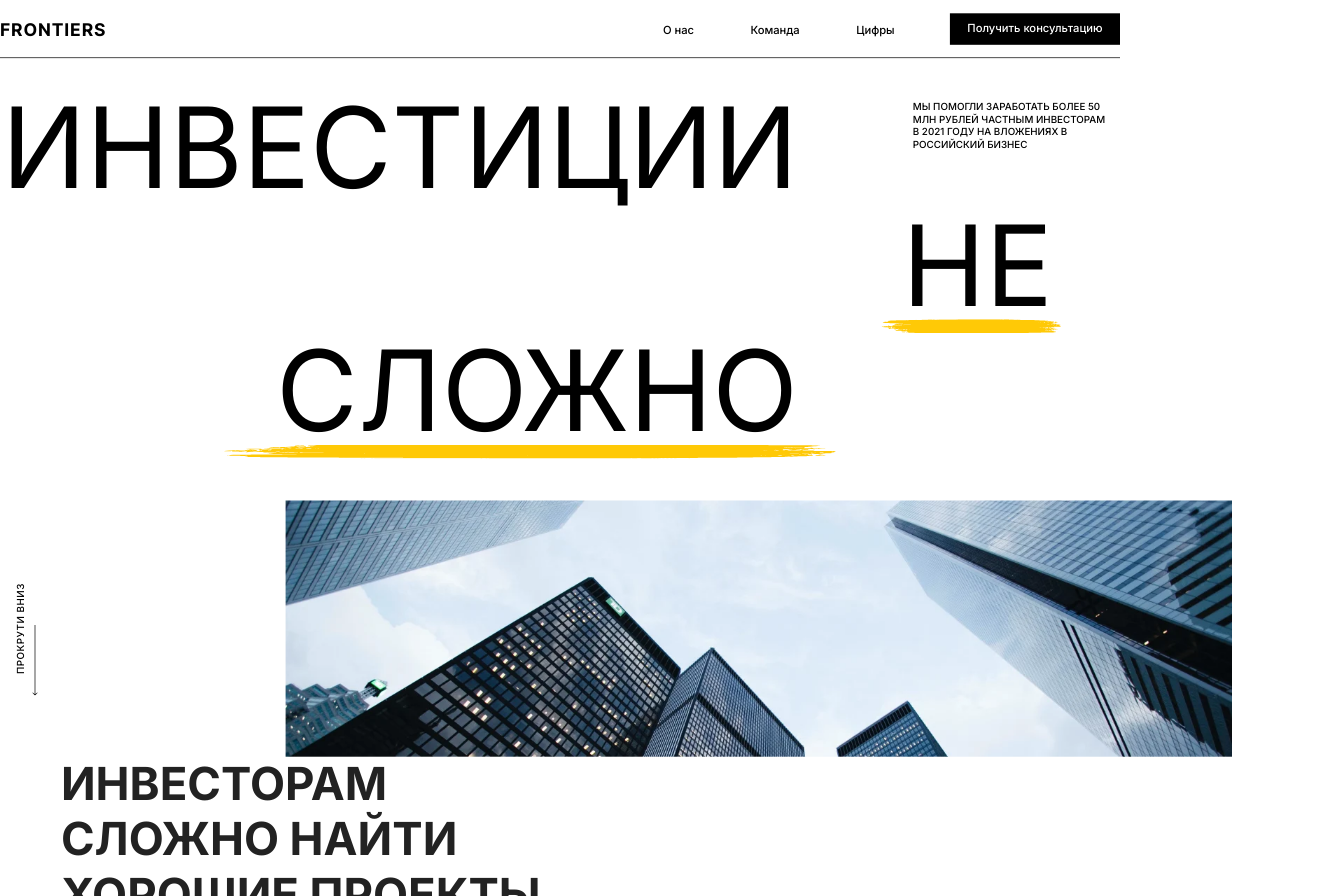
Repository: NadyaKorvin/frontiers
Page: /
An editor plug-in stored every save of this project. The page is shown before and after the next save, followed by the edit.
The browser window is 1280 px wide. The page is 1920 px wide, so the pictures cover 1920 px, including what lies to the right of the window. The pictures show the part of the page from y = 0 to 1280 px (the page is 2633 px tall), at 70% of full size.
The project was rebuilt for these pictures with package versions that can differ from the ones it lists, and the page was loaded fresh each time.

Above is the page before, as saved 2022-05-26 17:49:52.

### public/index.html
<!DOCTYPE html>
<html lang="en">
  <head>
    <meta charset="utf-8" />
    <link rel="icon" href="%PUBLIC_URL%/favicon.ico" />
    <meta name="viewport" content="width=device-width, initial-scale=1" />
    <meta name="theme-color" content="#000000" />
    <meta name="description" content="Web site created using create-react-app" />
    <link rel="apple-touch-icon" href="%PUBLIC_URL%/logo192.png" />
    <link rel="manifest" href="%PUBLIC_URL%/manifest.json" />
    <link rel="preconnect" href="https://fonts.googleapis.com" />
    <link rel="preconnect" href="https://fonts.gstatic.com" crossorigin />
    <link href="https://fonts.googleapis.com/css2?family=Inter:wght@300;400;500;700&display=swap" rel="stylesheet" />
    <title>FRONTIERS</title>
  </head>
  <body>
    <noscript>You need to enable JavaScript to run this app.</noscript>
    <div id="root"></div>
  </body>
</html>

### src/index.js
import React from "react"
import ReactDOM from "react-dom/client"

import App from "./App"

const root = ReactDOM.createRoot(document.getElementById("root"))
root.render(
  <React.StrictMode>
    <App />
  </React.StrictMode>
)

### src/App.js
import { useState } from "react";
import "./App.css";
import { SecondScreenAnimation } from "./components/secondScreen/SecondScreenAnimation";
import FirstScreen from "./components/firstScreen/FirstScreen";
import LastScreen from "./components/lastScreen/LastScreen";

function App() {
  const [mousePosition, setMousePosition] = useState("");

  const listenUpperMousePosition = (event) => {
    console.log(event);
    console.log(event.target);
    setMousePosition(event.target);
  };

  return (
    <>
      <FirstScreen />
      <div className="App">
        <SecondScreenAnimation listenMousePosition={listenUpperMousePosition} />
      </div>
      <LastScreen />
    </>
  );
}
export default App;

### src/App.css
@import url("./reset.css");
@import url("./components/secondScreen/SecondScreen.css");
@import url("./font/font.css");
@import url("./components/firstScreen/FirstScreen.css");
@import url("./components/lastScreen/LastScreen.css");
@import url("./components/button/Button.css");
@import url("./components/form/Form.css");

body {
  font-family: "Inter";
}

### src/components/secondScreen/SecondScreenAnimation.js
export function SecondScreenAnimation({ listenMousePosition, mousePosition }) {
  let goUp = ""
  const goUpBlackLines = (mousePosition) => {
    if (mousePosition === "animation__text_first_part") {
      goUp = "up"
      return goUp
    }
  }
  goUpBlackLines(mousePosition)
  console.log(goUp)
  return (
    <div className="animation__text_block">
      {goUp != "up" ? (
        <div>
          <div className="animation__text" onMouseOver={listenMousePosition}>
            <p className="animation__text_first_part">Инвесторам сложно найти хорошие проекты,</p>
            <p className="animation__text_second_part">а хорошим проектам — инвестиции.</p>
          </div>
          <div className="animation__black_lines">
            <div className="animation__1th_black_line"></div>
            <div className="animation__2th_black_line"></div>
            <div className="animation__3th_black_line"></div>
          </div>
        </div>
      ) : (
        <div>
          <div className="animation__text" onMouseOver={listenMousePosition}>
            <p className="animation__text_first_part" style={{ color: "#fff" }}>
              Инвесторам сложно найти хорошие проекты,
            </p>
            <p className="animation__text_second_part" style={{ color: "#000" }}>
              а хорошим проектам — инвестиции.
            </p>
          </div>
          <div className="animation__black_lines">
            <div className="animation__1th_black_line" style={{ width: "484px", marginTop: "-475px" }}></div>
            <div className="animation__2th_black_line" style={{ width: "586px" }}></div>
            <div className="animation__3th_black_line" style={{ width: "722px" }}></div>
          </div>
        </div>
      )}
    </div>
  )
}

### src/components/firstScreen/FirstScreen.js
import React from "react";
import image from "./image.webp";

export default function firstScreen() {
  const pointer = (
    <svg
      width="8"
      height="101"
      viewBox="0 0 8 101"
      fill="none"
      xmlns="http://www.w3.org/2000/svg"
    >
      <path
        d="M4.35355 100.356C4.15829 100.551 3.84171 100.551 3.64645 100.356L0.464466 97.1735C0.269204 96.9783 0.269204 96.6617 0.464466 96.4664C0.659728 96.2712 0.976311 96.2712 1.17157 96.4664L4 99.2948L6.82843 96.4664C7.02369 96.2712 7.34027 96.2712 7.53553 96.4664C7.7308 96.6617 7.7308 96.9783 7.53553 97.1735L4.35355 100.356ZM3.5 100.002L3.5 0.00195312H4.5L4.5 100.002H3.5Z"
        fill="black"
      />
    </svg>
  );

  return (
    <>
      <section className="firstscreen">
        <header className="firstscreen__header">
          <div className="firstscreen__logotype">FRONTIERS</div>
          <div className="firstscreen__menu">
            <div className="firstscreen__nav">
              <nav className="firstscreen__nav_team">
                <ul>О нас</ul>
                <ul>Команда</ul>
                <ul>Цифры</ul>
              </nav>
            </div>
            <div className="firstscreen__button">
              <p className="firstscreen__text_btn">Получить консультацию</p>
            </div>
          </div>
        </header>
        <div className="firstscreen__content">
          <div className="firstscreen__content_left_text">
            <p>ИНВЕСТИЦИИ</p>
            <div>
              <p>СЛОЖНО</p>
              <div className="firstscreen__content_vector_complex" />
            </div>
          </div>
          <div className="firstscreen__content_rihgt_text">
            <div className="firstscreen__content_rihgt_text_up">
              <p>
                Мы помогли заработать более 50 млн рублей частным инвесторам в
                2021 году на вложениях в российский бизнес
              </p>
            </div>
            <div className="firstscreen__content_rihgt_text_down">
              <p>НЕ</p>
              <div className="firstscreen__content_vector_not" />
            </div>
          </div>
        </div>
        <div className="firstscreen__content_bottom_content">
          <div className="firstscreen__content_bottom_content_left">
            <div className="firstscreen__content_bottom_content_left_scrolldown">
              <p>ПРОКРУТИ ВНИЗ</p>
            </div>
            <div className="firstscreen__content_pointer">{pointer}</div>
          </div>
          <div className="firstscreen__content_bottom_content_right">
            <div className="firstscreen__img" />
          </div>
        </div>
      </section>
    </>
  );
}

### src/components/lastScreen/LastScreen.js
import React from "react";
import Form from "../form/Form"
import LogoKojo from "./LogoKojo"

export default function LastScreen() {
  return (
    <>
      <section className="lastscreen">
        <div className="lastscreen__wrapper">
          <div className="lastscreen__left_content">
            <p>
              ОТПРАВЬТЕ НАМ ЗАЯВКУ НА КОНСУЛЬТАЦИЮ И МЫ ПОДБЕРЕМ ДЛЯ ВАС
              НАИБОЛЕЕ ПОДХОДЯЩУЮ СТРАТЕГИЮ
            </p>
          </div>
          <div className="lastscreen__right_content">
            <div className="lastscreen__text_form">
              <p>ЗАПОЛНИТЕ ФОРМУ И МЫ С ВАМИ СВЯЖЕМСЯ В БЛИЖАЙШЕЕ ВРЕМЯ</p>
            </div>
            <Form />
          </div>
        </div>
        <footer className="lastscreen__footer">
          <div className="lastscreen__contact">
            <p>КОНТАКТЫ</p>
            <p>Санкт-Петербург, Невский пр-кт, 71 (5 этаж)</p>
            <p>+7 000 987 6543</p>
            <p><a href="mailto:info@frontiers.ru" >info@frontiers.ru</a></p>
          </div>
          <div className="lastscreen__design">
            <p>Дизайн и разработка</p>
            <LogoKojo />
          </div>
          <div className="lastscreen__frontiers">
            <p>FRONTIERS</p>
            <p>Политика конфиденциальности</p>
            <p>© 2022 Frontiers Group</p>
          </div>
        </footer>
      </section>
    </>
  );
}

### src/reset.css
html,
body,
div,
span,
applet,
object,
iframe,
h1,
h2,
h3,
h4,
h5,
h6,
p,
blockquote,
pre,
a,
abbr,
acronym,
address,
big,
cite,
code,
del,
dfn,
em,
img,
ins,
kbd,
q,
s,
samp,
small,
strike,
strong,
sub,
sup,
tt,
var,
b,
u,
i,
center,
dl,
dt,
dd,
ol,
ul,
li,
fieldset,
form,
label,
legend,
table,
caption,
tbody,
tfoot,
thead,
tr,
th,
td,
article,
aside,
canvas,
details,
embed,
figure,
figcaption,
footer,
header,
hgroup,
menu,
nav,
output,
ruby,
section,
summary,
time,
mark,
audio,
video {
  margin: 0;
  padding: 0;
  border: 0;
  font-size: 100%;
  font: inherit;
  vertical-align: baseline;
}

:focus {
  outline: 0;
}

article,
aside,
details,
figcaption,
figure,
footer,
header,
hgroup,
menu,
nav,
section {
  display: block;
}

body {
  line-height: 1;
}

ol,
ul {
  list-style: none;
}

blockquote,
q {
  quotes: none;
}

blockquote:before,
blockquote:after,
q:before,
q:after {
  content: "";
  content: none;
}

table {
  border-collapse: collapse;
  border-spacing: 0;
}

input[type="search"]::-webkit-search-cancel-button,
input[type="search"]::-webkit-search-decoration,
input[type="search"]::-webkit-search-results-button,
input[type="search"]::-webkit-search-results-decoration {
  -webkit-appearance: none;
  -moz-appearance: none;
}

input[type="search"] {
  -webkit-appearance: none;
  -moz-appearance: none;
  -webkit-box-sizing: content-box;
  -moz-box-sizing: content-box;
  box-sizing: content-box;
}

textarea {
  overflow: auto;
  vertical-align: top;
  resize: vertical;
}

[hidden] {
  display: none;
}

html {
  font-size: 100%; /* 1 */
  -webkit-text-size-adjust: 100%; /* 2 */
  -ms-text-size-adjust: 100%; /* 2 */
}

a:focus {
  outline: thin dotted;
}

a:active,
a:hover {
  outline: 0;
}

img {
  border: 0;
  -ms-interpolation-mode: bicubic;
}

figure {
  margin: 0;
}

form {
  margin: 0;
}

fieldset {
  border: 1px solid #c0c0c0;
  margin: 0 2px;
  padding: 0.35em 0.625em 0.75em;
}

legend {
  border: 0; /* 1 */
  padding: 0;
  white-space: normal; /* 2 */
  *margin-left: -7px; /* 3 */
}

button,
input,
select,
textarea {
  font-size: 100%; /* 1 */
  margin: 0; /* 2 */
  vertical-align: baseline; /* 3 */
  *vertical-align: middle; /* 3 */
}

button,
input {
  line-height: normal;
}

button,
select {
  text-transform: none;
}

button,
html input[type="button"], /* 1 */
input[type="reset"],
input[type="submit"] {
  -webkit-appearance: button; /* 2 */
  cursor: pointer; /* 3 */
  *overflow: visible; /* 4 */
}

button[disabled],
html input[disabled] {
  cursor: default;
}

input[type="checkbox"],
input[type="radio"] {
  box-sizing: border-box; /* 1 */
  padding: 0; /* 2 */
  *height: 13px; /* 3 */
  *width: 13px; /* 3 */
}

input[type="search"] {
  -webkit-appearance: textfield; /* 1 */
  -moz-box-sizing: content-box;
  -webkit-box-sizing: content-box; /* 2 */
  box-sizing: content-box;
}

input[type="search"]::-webkit-search-cancel-button,
input[type="search"]::-webkit-search-decoration {
  -webkit-appearance: none;
}

button::-moz-focus-inner,
input::-moz-focus-inner {
  border: 0;
  padding: 0;
}

textarea {
  overflow: auto; /* 1 */
  vertical-align: top; /* 2 */
}

table {
  border-collapse: collapse;
  border-spacing: 0;
}

html,
button,
input,
select,
textarea {
  color: #222;
}

::-moz-selection {
  background: #b3d4fc;
  text-shadow: none;
}

::selection {
  background: #b3d4fc;
  text-shadow: none;
}

img {
  vertical-align: middle;
}

fieldset {
  border: 0;
  margin: 0;
  padding: 0;
}

textarea {
  resize: vertical;
}

.chromeframe {
  margin: 0.2em 0;
  background: #ccc;
  color: #000;
  padding: 0.2em 0;
}

### src/components/secondScreen/SecondScreen.css
.second__screen {
  display: flex;
  justify-content: space-between;
  margin: 0 auto;
  margin-top: 174px;
  /* придкмать решение сделать по центру*/
  display: flex;
  width: 1600px;
  height: 733px;
}

.animation__text_block {
  display: block;
  margin-left: 87px;
}

.animation__text_first_part,
.animation__text_second_part {
  width: 770px;
  text-transform: uppercase;
  font-size: 65px;
  font-weight: 700;
  line-height: 79px;
  transition: 0.6s ease-out;
}

.animation__text_second_part {
  color: #fff;
}

.animation__black_lines {
  margin-left: -10px;
  margin-top: -236px;
}

.animation__1th_black_line {
  margin-bottom: 5px;
  height: 75px;
  width: 444px;
  background-color: #000;
  transition: 0.6s ease-out;
}

.animation__2th_black_line {
  margin-bottom: 5px;
  height: 75px;
  width: 475px;
  background-color: #000;
  transition: 0.6s ease-out;
}
.animation__3th_black_line {
  height: 75px;
  width: 502px;
  background-color: #000;
  transition: 0.6s ease-out;
}

.right__part {
  display: flex;
  margin-left: 190px;
  flex-direction: column;
}

.conversation__image {
  margin-right: 222px;
  display: block;
  width: 400px;
  height: 400px;
  background: url("../secondScreen/people.png");
}

.decoration_marks {
  margin-top: -110px;
  transform: rotate(-180deg);
  font-size: 200px;
  font-weight: 300;
}

.text_paragraph {
  margin-left: 90px;
  width: 431px;
  font-size: 18px;
  font-weight: 400;
  line-height: 23px;
  text-transform: uppercase;
  line-height: 130%;
}

### src/font/font.css
@font-face {
  font-family: "Inter";
  src:
    url("./Inter-Bold.ttf") format("truetype")
    url("./Inter-Bold.woff2") format("woff2"),
    url("./Inter-Bold.woff") format("woff");
  font-weight: 700;
  font-style: normal;
  font-stretch: normal;
  unicode-range: U+0020-E0D0;
}

@font-face {
  font-family: "Inter";
  src:
    url("./Inter-Regular.woff2") format("woff2"),
    url("./Inter-Regular.ttf") format("truetype")
    url("./Inter-Regular.woff") format("woff");
  font-weight: 400;
  font-style: normal;
  font-stretch: normal;
  unicode-range: U+0020-E0D0;
}

@font-face {
    font-family:'Inter Medium';
    src:
        url("./Inter-Medium.ttf") format("truetype")
        url('Inter-Medium.woff2') format('woff2'),
		url('Inter-Medium.woff') format('woff');
    font-weight: 500;
    font-style: normal;
    font-stretch: normal;
    unicode-range: U+0020-E0D0;
}

@font-face {
    font-family:'Inter Light';
    src:
        url("./Inter-Light.ttf") format("truetype")
        url('Inter-Light.woff2') format('woff2'),
		url('Inter-Light.woff') format('woff');
    font-weight: 300;
    font-style: normal;
    font-stretch: normal;
    unicode-range: U+0020-E0D0;
}

### src/components/firstScreen/FirstScreen.css
.firstscreen {
  height: 1080px;
}

.firstscreen__header {
  width: 1600px;
  height: 82px;
  margin: 0 auto;
  border-bottom: 1px solid #000000;
  display: flex;
  justify-content: space-between;
}

.firstscreen__logotype {
  width: 151px;
  height: 30px;
  padding-top: 27px;
  font-family: "Inter";
  font-style: normal;
  font-weight: 700;
  font-size: 25px;
  line-height: 30px;
  letter-spacing: 0.05em;
  color: #000000;
}

.firstscreen__menu {
  width: 653px;
  display: flex;
  justify-content: space-between;
}

.firstscreen__nav {
  margin-top: 33px;
  width: 331px;
}

.firstscreen__nav_team {
  display: flex;
  justify-content: space-between;
  font-family: "Inter";
  font-style: normal;
  font-weight: 500;
  font-size: 16px;
  line-height: 19px;
  color: #000000;
}

.firstscreen__button {
  margin-top: 19px;
  width: 243px;
  height: 45px;
  background: #000000;
}

.firstscreen__text_btn {
  padding-top: 12px;
  padding-bottom: 12px;
  font-family: "Inter";
  font-style: normal;
  font-weight: 500;
  font-size: 16px;
  line-height: 19px;
  text-align: center;
  color: #ffffff;
}

.firstscreen__content {
  margin: 0 auto;
  width: 1600px;
  margin-top: 30px;
  display: flex;
}

.firstscreen__content_left_text {
  width: 1140px;
  height: 542px;
  display: flex;
  flex-direction: column;
  justify-content: space-between;
  text-align: end;
  font-family: "Inter";
  font-style: normal;
  font-weight: 400;
  font-size: 160px;
  line-height: 194px;
  text-transform: uppercase;
  color: #000000;
}

.firstscreen__content_vector_complex {
  margin-top: -20px;
  margin-left: 320px;
  width: 874px;
  height: 20px;
  background: url("./complex.svg");
}

.firstscreen__content_rihgt_text {
  margin-top: 30px;
  margin-left: 164px;
  width: 279px;
  height: 332px;
}

.firstscreen__content_rihgt_text_up {
  font-family: "Inter";
  font-style: normal;
  font-weight: 500;
  font-size: 14px;
  line-height: 130%;
  text-transform: uppercase;
  color: #000000;
}

.firstscreen__content_rihgt_text_down {
  margin-top: 66px;
  margin-left: -15px;
  width: 215px;
  height: 194px;
  font-family: "Inter";
  font-style: normal;
  font-weight: 400;
  font-size: 160px;
  line-height: 194px;
  text-transform: uppercase;
  color: #000000;
}

.firstscreen__content_vector_not {
  margin-top: -20px;
  margin-left: -30px;
  width: 256px;
  height: 20px;
  background: url(./not.svg);
}

.firstscreen__content_bottom_content {
  margin: 0 auto;
  margin-top: 60px;
  width: 1760px;
  display: flex;
  justify-content: space-between;
}

.firstscreen__content_bottom_content_left {
  display: flex;
}

.firstscreen__content_bottom_content_left_scrolldown {
  margin-left: 139px;
  font-family: "Inter";
  font-style: normal;
  font-weight: 500;
  font-size: 14px;
  line-height: 17px;
  letter-spacing: 0.05em;
  color: #000000;
  transform: rotate(-90deg);
}

.firstscreen__content_pointer {
  margin-top: 178px;
  margin-left: -223px;
}

.firstscreen__content_bottom_content_right {
  padding-left: 160px;
  max-width: 1352px;
  max-height: 366px;
}

.firstscreen__img {
  width: 1352px;
  height: 366px;
  background: url(./image.webp);
}

### src/components/lastScreen/LastScreen.css
.lastscreen {
  width: 1920px;
  height: 1080px;
}

.lastscreen__wrapper {
  position: relative;
  top: 109px;
  left: 170px;
  display: flex;
  justify-content: space-between;
  width: 1590px;
  height: 553px;
}

.lastscreen__left_content {
  position: relative;
  width: 775px;
  height: 553px;
  box-sizing: border-box;
  font-family: "Inter";
  font-style: normal;
  font-weight: 700;
  font-size: 65px;
  line-height: 79px;
  text-transform: uppercase;
  color: #000000;
}

.lastscreen__right_content {
  position: relative;
  width: 529px;
  height: 553px;
}

.lastscreen__text_form {
  width: 529px;
  height: 46px;
  left: 1231px;
  top: 4438px;
  font-family: "Inter";
  font-style: normal;
  font-weight: 400;
  font-size: 18px;
  line-height: 130%;
  text-transform: uppercase;
  color: #000000;
}

.lastscreen__footer {
  position: relative;
  margin: 308px 160px 0;
  width: 1600px;
  border-top: 1px solid #000000;
  bottom: 0px;
  display: flex;
  justify-content: space-between;
}

.lastscreen__contact {
  width: 357px;
}

.lastscreen__contact > p:nth-child(1) {
  padding: 33px 0 20px;
  font-family: "Inter";
  font-style: normal;
  font-weight: 700;
  font-size: 25px;
  line-height: 30px;
  color: #000000;
}

.contact > p:nth-child(2),
.contact > p:nth-child(3),
.contact > p:nth-child(4) {
  padding-bottom: 15px;
}

.design {
  padding-top: 150px;
  width: 260px;
  display: flex;
  margin-left: -80px;
  justify-content: space-between;
}

.frontiers {
  width: 250px;
  text-align: end;
}

.lastscreen__frontiers > p:nth-child(1) {
    padding: 30px 0 57px;
    font-family: "Inter";
    font-style: normal;
    font-weight: 700;
    font-size: 25px;
    line-height: 30px;
    color: #000000;
  }

.lastscreen__frontiers > p:nth-child(2),
.lastscreen__frontiers > p:nth-child(3) {
    padding-bottom: 15px;
}

a {
    text-decoration: none;
    color: #000000;
}

### src/components/button/Button.css
.form__button {
  position: relative;
  display: block;
  width: 243px;
  height: 55px;
  font-family: "Inter";
  font-size: 16px;
  background-color: #000000;
  border: 0;
  text-align: center;
  cursor: pointer;
  font-family: "Inter";
  font-style: normal;
  font-weight: 500;
  font-size: 16px;
  line-height: 19px;
  color: #ffffff;
}

### src/components/form/Form.css
.form {
  margin-top: 60px;
  width: 529px;
  height: 355px;
  border-top: 1px solid #d1d1d1;
}

.form__input,
.form__textarea {
  width: 529px;
  height: 80px;
  border: 0;
  outline: none;
  font-size: 18px;
  color: #000000;
  text-transform: uppercase;
}

.form__textarea {
  height: 80px;
  line-height: 80px;
  overflow: hidden;
  /* resize: none; */
}

.form__borders {
  border-bottom: 1px solid #d1d1d1;
}

.form__consent {
  display: -webkit-box;
  display: -ms-flexbox;
  display: flex;
  margin: 30px 0 0;
}

.form__policy_text {
  margin-top: 15px;
  margin-left: 15px;
  width: 250px;
  height: 40px;
  box-sizing: border-box;
  font-family: "Inter";
  font-style: normal;
  font-weight: 400;
  font-size: 13px;
  line-height: 150%;
  color: #787878;
}

.form__checkbox {
  opacity: 0;
  width: 0;
}

.form__checkfake {
  margin: 15px 0;
  display: block;
  width: 15px;
  height: 15px;
  border: 1px solid #1f1f1f;
  cursor: pointer;
}

.form__checkfake::before {
  content: "";
  position: absolute;
  display: block;
  width: 14px;
  height: 14px;
  background: url("./checkmark.svg");
  opacity: 0;
}

.form__checkbox:checked + .form__checkfake::before {
  opacity: 1;
}

.form__focus {
  text-transform: uppercase;
  color: #ff0000;
  margin-bottom: 10px;
  font-size: 13px;
}

.form__focus_consent {
  position: relative;
  top: 10px;
  text-transform: uppercase;
  color: #ff0000;
  font-size: 13px;
}

.form__btn {
    margin-top: 14px;
  position: relative;
  overflow: hidden;
}

### src/components/button/Button.js
import React from "react";

export default function Button({ title }) {
  return (
    <>
      <button className="form__button" >
        {title}
      </button>
    </>
  );
}

Loaded but not shown: src/components/lastScreen/LogoKojo.js (76 lines, source omitted); src/components/form/Form.js (142 lines, source omitted)

After the next save:
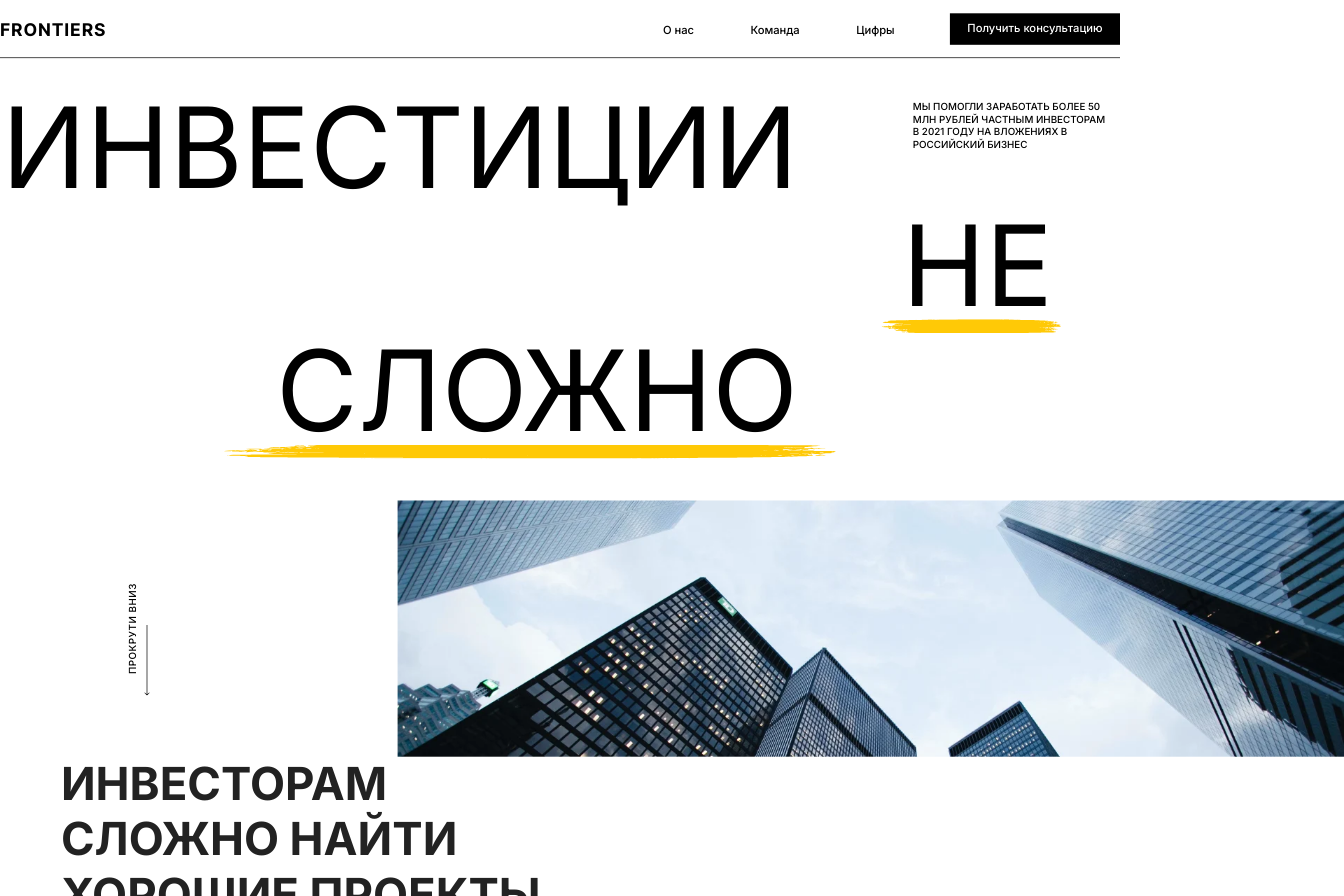
Saved 40 s later.
--- a/src/components/firstScreen/FirstScreen.css
+++ b/src/components/firstScreen/FirstScreen.css
@@ -136,7 +136,7 @@
 }
 
 .firstscreen__content_bottom_content {
-  margin: 0 auto;
+  margin: 160px;
   margin-top: 60px;
   width: 1760px;
   display: flex;
